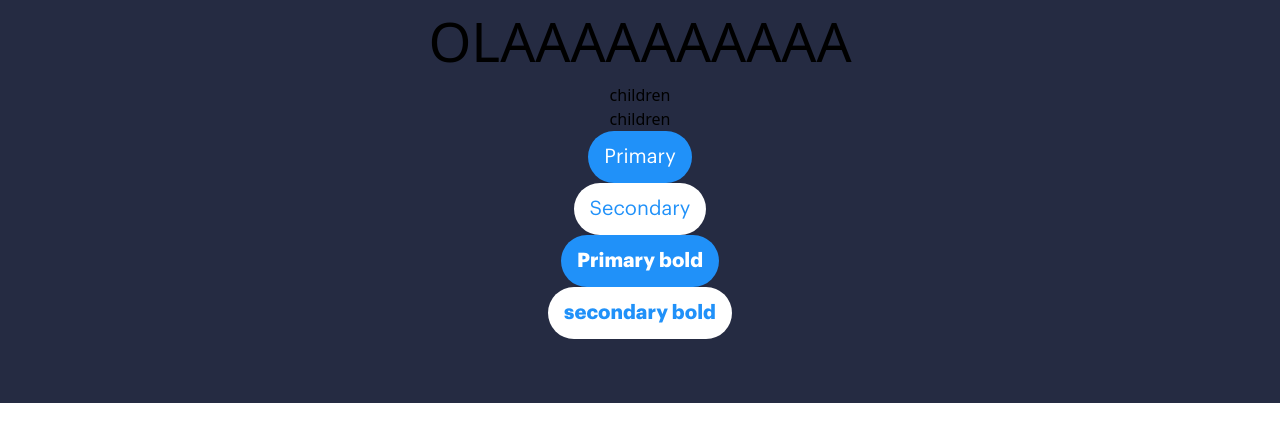
Repository: SK3010z/figmaland-tailwind
Page: /
The author's editor kept a copy of each file at every save. The page is drawn from the files as they stood at one save, then again after the next save.
The browser window is 1280 px wide. The pictures show the whole page.
The project was rebuilt for these pictures with package versions that can differ from the ones it lists, and the page was loaded fresh each time. Also part of the build but not shown: vite.config.js, src/mediaQueries.jsx.

Above is the page before, as saved 2024-08-16 15:30:57.

After the next save:
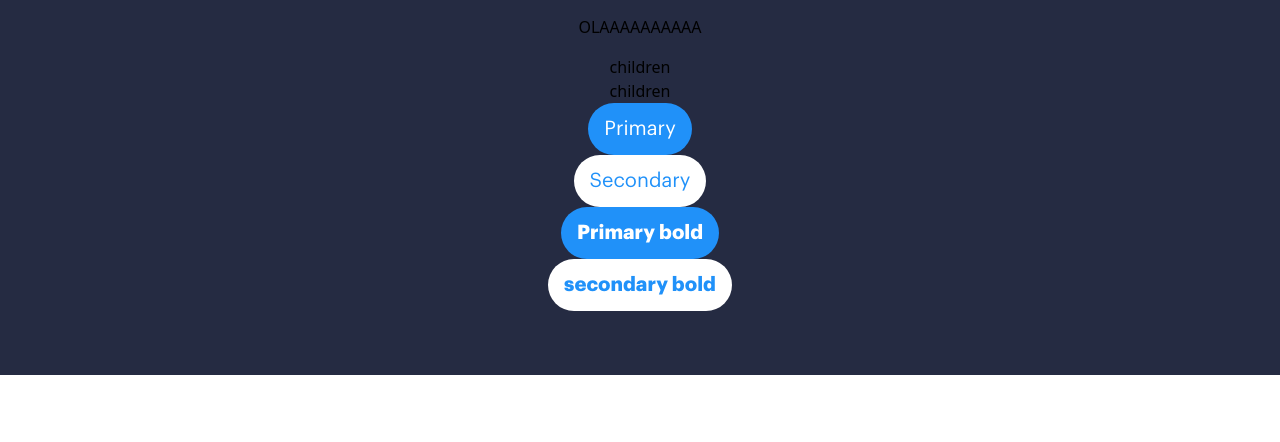
Saved 14 s later.
--- a/src/App.jsx
+++ b/src/App.jsx
@@ -3,7 +3,7 @@
 function App() {
   return (
     <div className="bg-darkBackground justify-center pb-16 text-center justify-items-center">
-      <h1 className="text-[55px]">OLAAAAAAAAAA</h1>
+      <h1 className="leading-[55px]">OLAAAAAAAAAA</h1>
       <Heading>Hello World of heading 1</Heading>
       <Heading type='h2'>Hello World of heading 2</Heading>
 

After the save that followed:
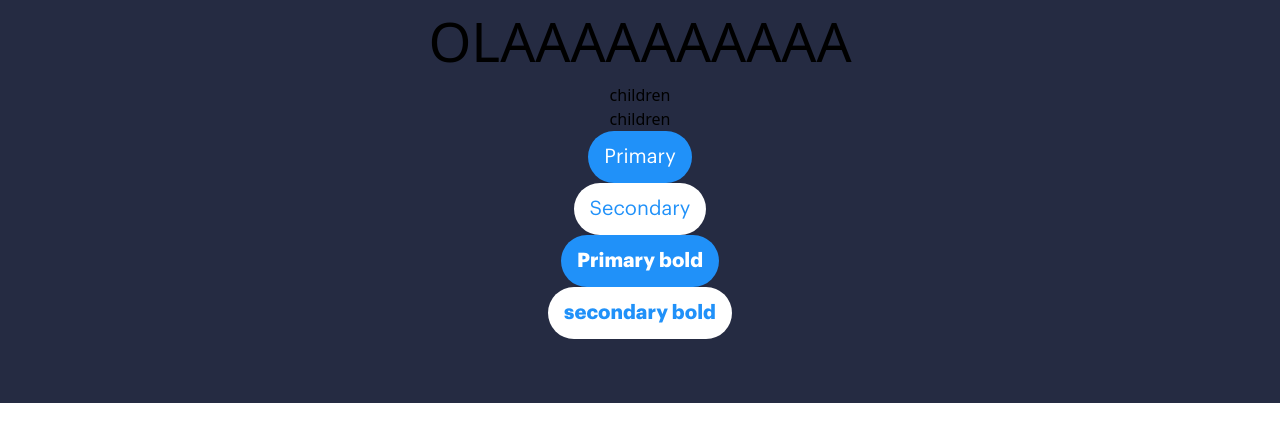
Saved 20 s later.
--- a/src/App.jsx
+++ b/src/App.jsx
@@ -3,7 +3,7 @@
 function App() {
   return (
     <div className="bg-darkBackground justify-center pb-16 text-center justify-items-center">
-      <h1 className="leading-[55px]">OLAAAAAAAAAA</h1>
+      <h1 className="text-[55px]">OLAAAAAAAAAA</h1>
       <Heading>Hello World of heading 1</Heading>
       <Heading type='h2'>Hello World of heading 2</Heading>
 
